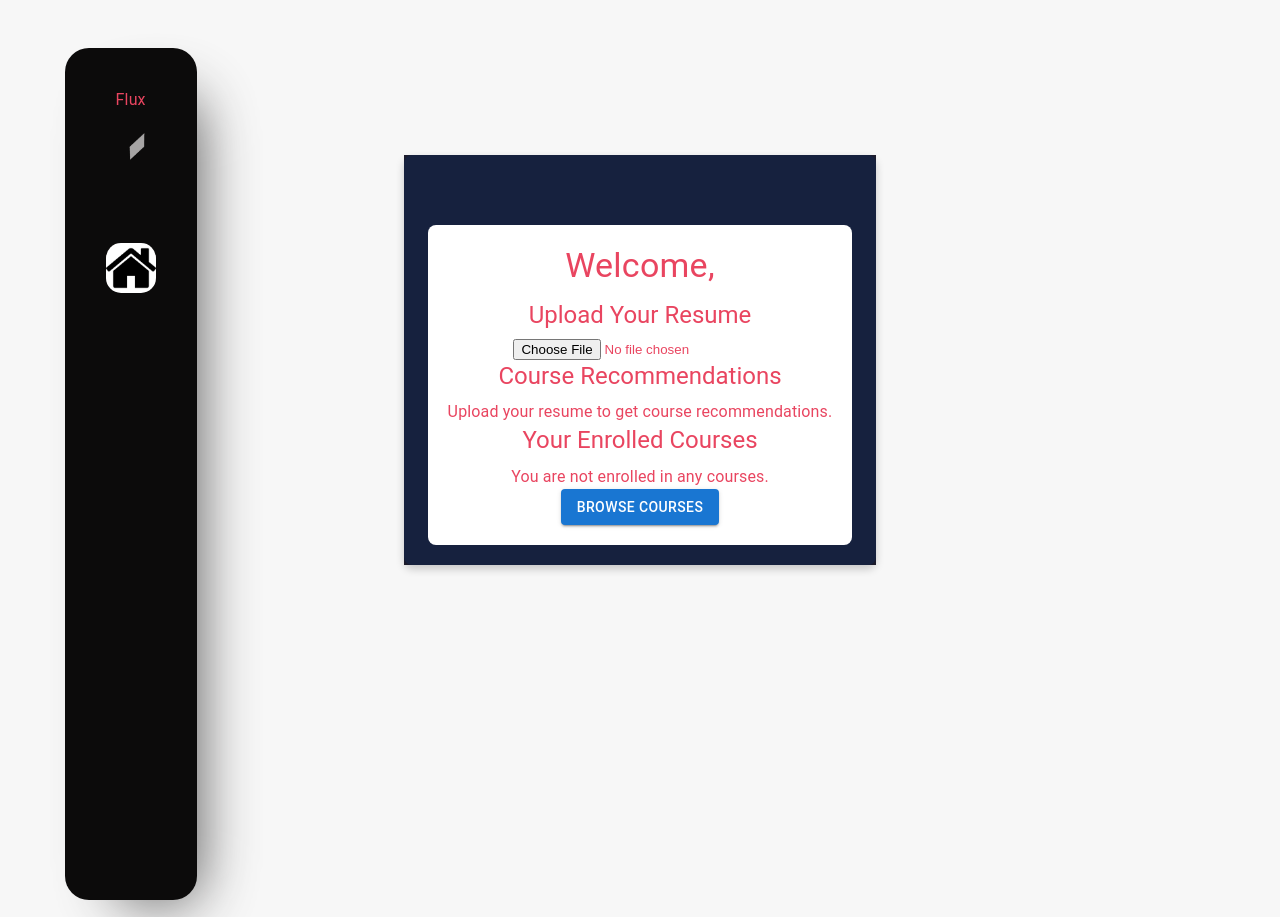
Repository: jvt2/OnlineCourseApp
Page: /dashboard
An editor plug-in stored every save of this project. The page is shown before and after the next save, followed by the edit.
The browser window is 1280 px wide. The pictures show the whole page.
The page's requests for data from a server got no answer. The project was rebuilt for these pictures with package versions that can differ from the ones it lists, and the page was loaded fresh each time. No one was signed in, and anything a server would have sent is missing. Also part of the build but not shown: src/features/auth/Register.js, src/features/auth/Login.js, src/features/courses/ResumeUpload.js, src/features/courses/CourseRecommendations.js, src/components/common/MyModal.js, src/features/courses/CourseCatalog.js, src/features/courses/CourseDetail.js, src/components/common/Navbar.js and 3 more. Imported but missing from the stored project, and not drawn on this page: src/app/reportWebVitals.

Above is the page before, as saved 2024-07-14 22:19:18.

After the next save:
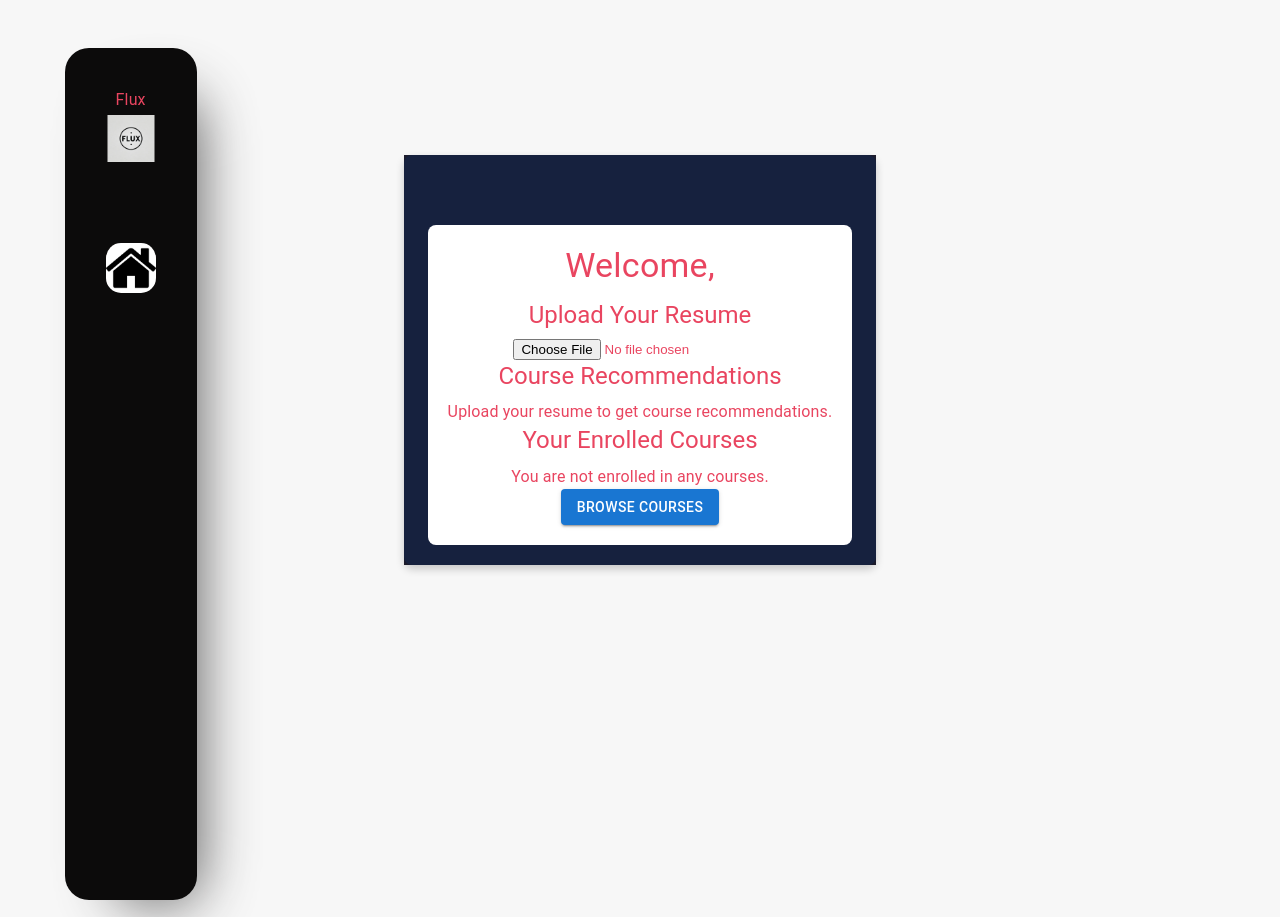
Saved 25 s later.
--- a/src/features/dashboard/Dashboard.css
+++ b/src/features/dashboard/Dashboard.css
@@ -56,7 +56,7 @@
     font-weight: 400;
     font-size: 64px;
     line-height: 102px;
-    background-image: url('/public/assets/flux_transp.png');
+    background-image: url('/public/assets/flux_1.png');
     background-size: contain;
     background-position: center;
     background-repeat: no-repeat;
